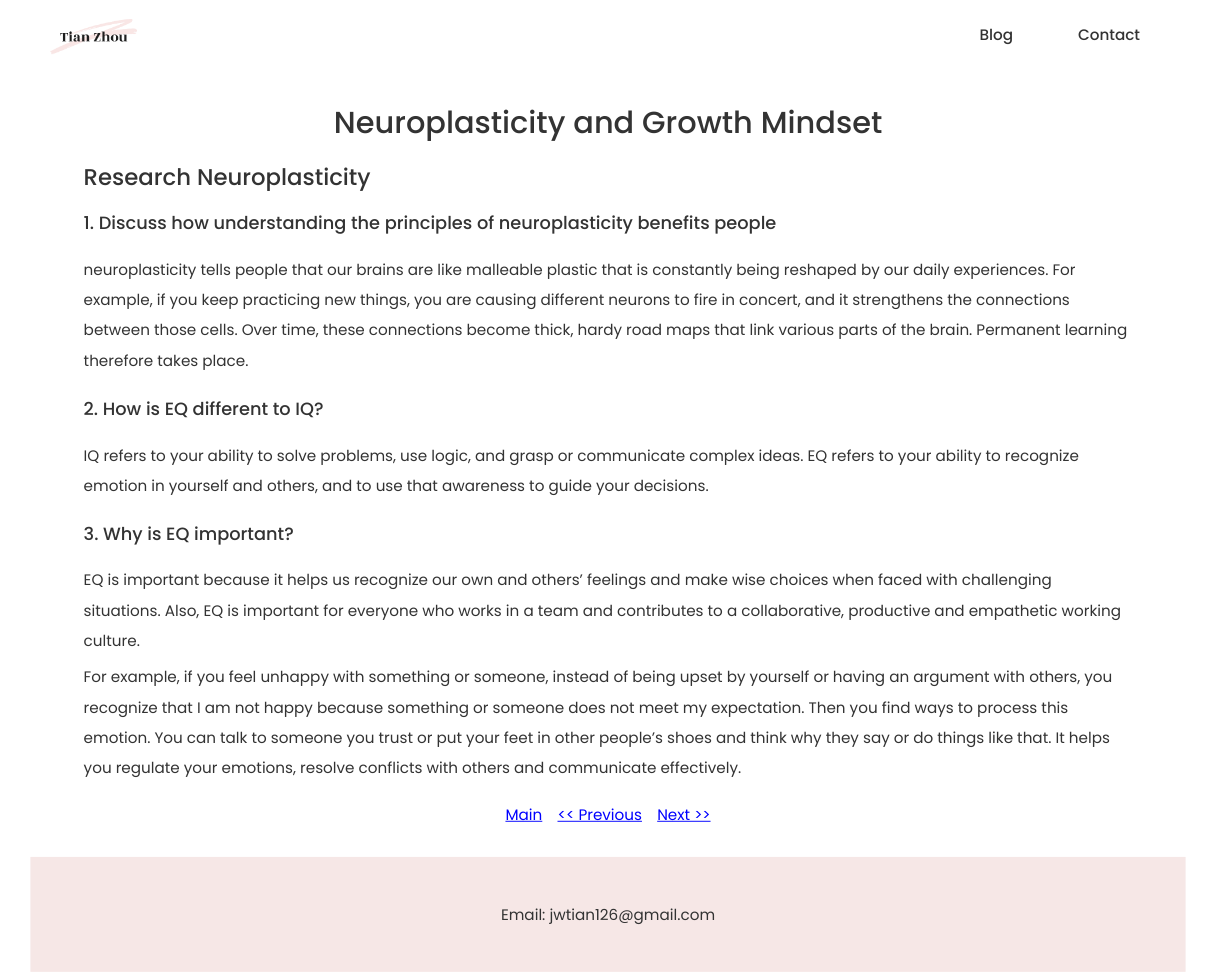
Repository: Tiaanz/Tiaanz.github.io
Page: blog/neuroplasticity.html
The author's editor kept a copy of each file at every save. The page is drawn from the files as they stood at one save, then again after the next save.
The browser window is 1280 px wide. The pictures show the whole page, at 95% of full size.

Above is the page before, as saved 2023-01-30 14:28:13.

### blog/neuroplasticity.html
<!DOCTYPE html>
<html lang="en">

<head>
    <meta charset="UTF-8">
    <meta http-equiv="X-UA-Compatible" content="IE=edge">
    <meta name="viewport" content="width=device-width, initial-scale=1.0">
    <link rel="stylesheet" href="../styles/main.css">
    <link href="https://fonts.googleapis.com/css2?family=Poppins:wght@300;400;500;600;700;800&display=swap"
        rel="stylesheet">
    <title>Neuroplasticity and Growth Mindset</title>
</head>

<body>
    <div class="container">
        <header>
            <div class="logo">
                <a href="../index.html"><img src="../images/logo.png" alt="logo"></a>
            </div>
            <div class="nav">
                <a href="../index.html#blogs">Blog</a>
                <a href="#footer">Contact</a>
            </div>
        </header>
        <main class="main-blog">
            <h1>Neuroplasticity and Growth Mindset</h1>
            <h2>Research Neuroplasticity</h2>
            <h3>1. Discuss how understanding the principles of neuroplasticity benefits people</h3>
            <p>neuroplasticity tells people that our brains are like malleable plastic that is constantly being reshaped
                by our daily experiences. For example, if you keep practicing new things, you are causing different
                neurons to fire in concert, and it strengthens the connections between those cells. Over time, these
                connections become thick, hardy road maps that link various parts of the brain. Permanent learning
                therefore takes place.
            </p>
            <h3>2. How is EQ different to IQ?</h3>
            <p>IQ refers to your ability to solve problems, use logic, and grasp or communicate complex ideas. EQ refers
                to your ability to recognize emotion in yourself and others, and to use that awareness to guide your
                decisions.</p>
            <h3>3. Why is EQ important?</h3>
            <p>EQ is important because it helps us recognize our own and others’ feelings and make wise choices when
                faced with challenging situations. Also, EQ is important for everyone who works in a team and
                contributes to a collaborative, productive and empathetic working culture. </p>
            <p>For example, if you feel unhappy with something or someone, instead of being upset by yourself or having
                an argument with others, you recognize that I am not happy because something or someone does not meet my
                expectation. Then you find ways to process this emotion. You can talk to someone you trust or put your
                feet in other people’s shoes and think why they say or do things like that. It helps you regulate your
                emotions, resolve conflicts with others and communicate effectively.</p>
            <div class="page-nav">
                <a href="../index.html">Main</a>
                <a href="./emotional-intelligence.html"> &lt&lt Previous</a>
                <a href="#">Next >></a>
            </div>
        </main>
        <footer id="footer">
            <span>Email: jwtian126@gmail.com</span>
        </footer>
    </div>
</body>

</html>

### styles/main.css
* {
  margin: 0;
  padding: 0;
  box-sizing: border-box;
}

a {
  text-decoration: none;
  color: #333;
}



li{
  list-style: none;
}

img {
  max-width: 100%;
  height: auto;
  vertical-align: middle;
}

body {
  font-family: "Poppins", sans-serif;
  color: #333;
}

.container {
  display: flex;
  flex-direction: column;
  width: 95vw;
  margin: 0 auto;

}

header {
  display: flex;
  justify-content: space-between;
  align-items: center;
  padding: 1rem;
}

.logo {
  width: 100px;
  height: auto;
}



.nav a {
  margin: 0 1rem;
  padding: 0 1rem;
  font-weight: 500;
}

.nav a:hover {
  background-color: #f6e7e6;
}

main {
  display: flex;
  padding: 2rem 3rem;
}

main .profile-image {
  width: 100%;
  flex: 1.5;
  margin-right: 2rem;

}

main .introduction {
  flex: 1;
}

main .introduction h1 {
  margin-bottom: 1.5rem;
  font-weight: 500;
  font-size: 2.5rem;
}

main .introduction p {
  line-height: 2rem;
}

.blogs{
  display: flex;
  padding:1rem 3rem;
  margin-bottom: 2rem;

}

.blogs .tech-blog, .blogs .core-blog {
  flex:1;
  padding:0 3px;
  margin:0 3rem;
  text-align: center;
  border:2px solid #f6e7e6;
  border-radius: 20px;
}



.blogs h3{
  margin: 1rem 0;
  font-weight: 600;
  text-align: center;

}



.blogs a{
  text-decoration: underline;
  line-height: 2rem;
}

.main-blog{
    flex-direction: column;
    align-self: center;
    max-width: 1200px;
}

.main-blog h1{
  margin-bottom: 1rem;
  text-align: center;
  font-size: 2rem;
  font-weight: 500;

}

.main-blog h2{
  font-weight: 500;
}

.main-blog h3{
  font-weight: 500;
  margin:1rem 0;
}

.main-blog ul li{
  margin-bottom: 0.5rem;
}

.main-blog .css-image{
 max-width: 300px;
 margin: 1rem 0;
}

.main-blog .div-image{
  max-width: 600px;
  margin-top: 1rem;
 }

 .main-blog p{
  margin: 0.2rem 0;
  line-height: 2rem;
 }

 .main-blog .page-nav{
  margin-top: 1rem;
  display: flex;
  gap:1rem;
  justify-content: center;
 }

 .main-blog .page-nav a{
  color:blue;
  text-decoration: underline;
 }

footer {
  padding: 3rem;
  background-color: #f6e7e6;
  text-align: center;
}

@media screen and (max-width: 1200px) {
  main {
    flex-direction: column;
  }

  main .introduction h1 {
    margin-top: 1rem;
    text-align: center;
  }

  main .introduction p {
    line-height: 2rem;
  }

  .blogs{
  flex-direction: column;
  gap:2rem;
  }

  .blogs .tech-blog, .blogs .core-blog{
    margin:0;
  }

}

@media screen and (max-width: 768px) {
  main {
    padding: 2rem;
  }

  main .introduction h1 {
    font-size: 2rem;
  }

  .main-blog h1{
    font-size: 1.5rem;
  }
}

@media screen and (max-width: 400px) {

    .nav a {
        margin: 0;
        padding: 0 0.4rem;
      }

      .blogs a{
        line-height: 2.5rem;
      }

  }

@media screen and (max-width: 320px) {


  main .introduction h1 {
    font-size: 1rem;
    margin-bottom: 1rem;
  }

  .main-blog h1{
    font-size: 1.2rem;
  }
}

After the next save:
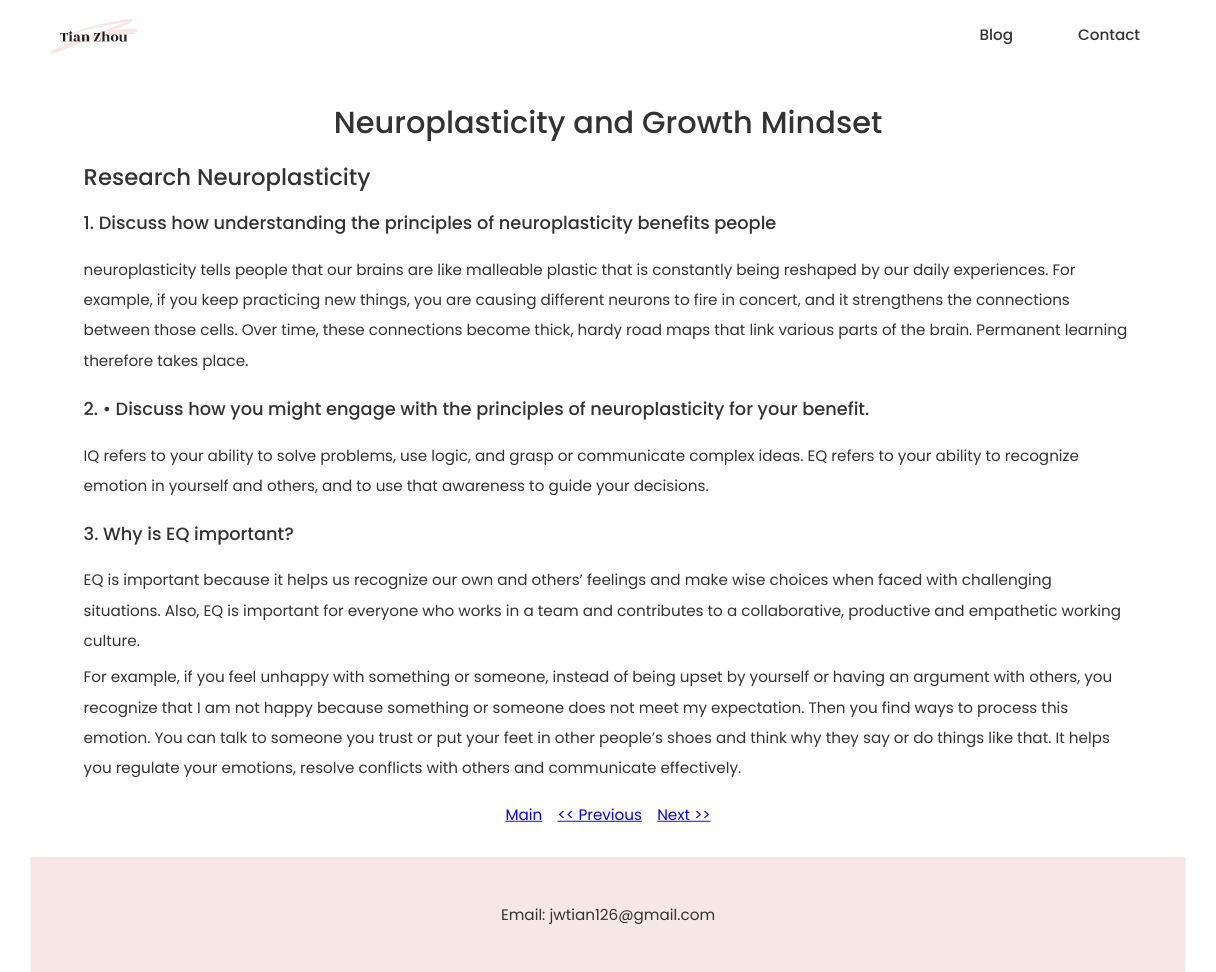
Saved 41 s later.
--- a/blog/neuroplasticity.html
+++ b/blog/neuroplasticity.html
@@ -32,7 +32,7 @@
                 connections become thick, hardy road maps that link various parts of the brain. Permanent learning
                 therefore takes place.
             </p>
-            <h3>2. How is EQ different to IQ?</h3>
+            <h3>2. •	Discuss how you might engage with the principles of neuroplasticity for your benefit.</h3>
             <p>IQ refers to your ability to solve problems, use logic, and grasp or communicate complex ideas. EQ refers
                 to your ability to recognize emotion in yourself and others, and to use that awareness to guide your
                 decisions.</p>
